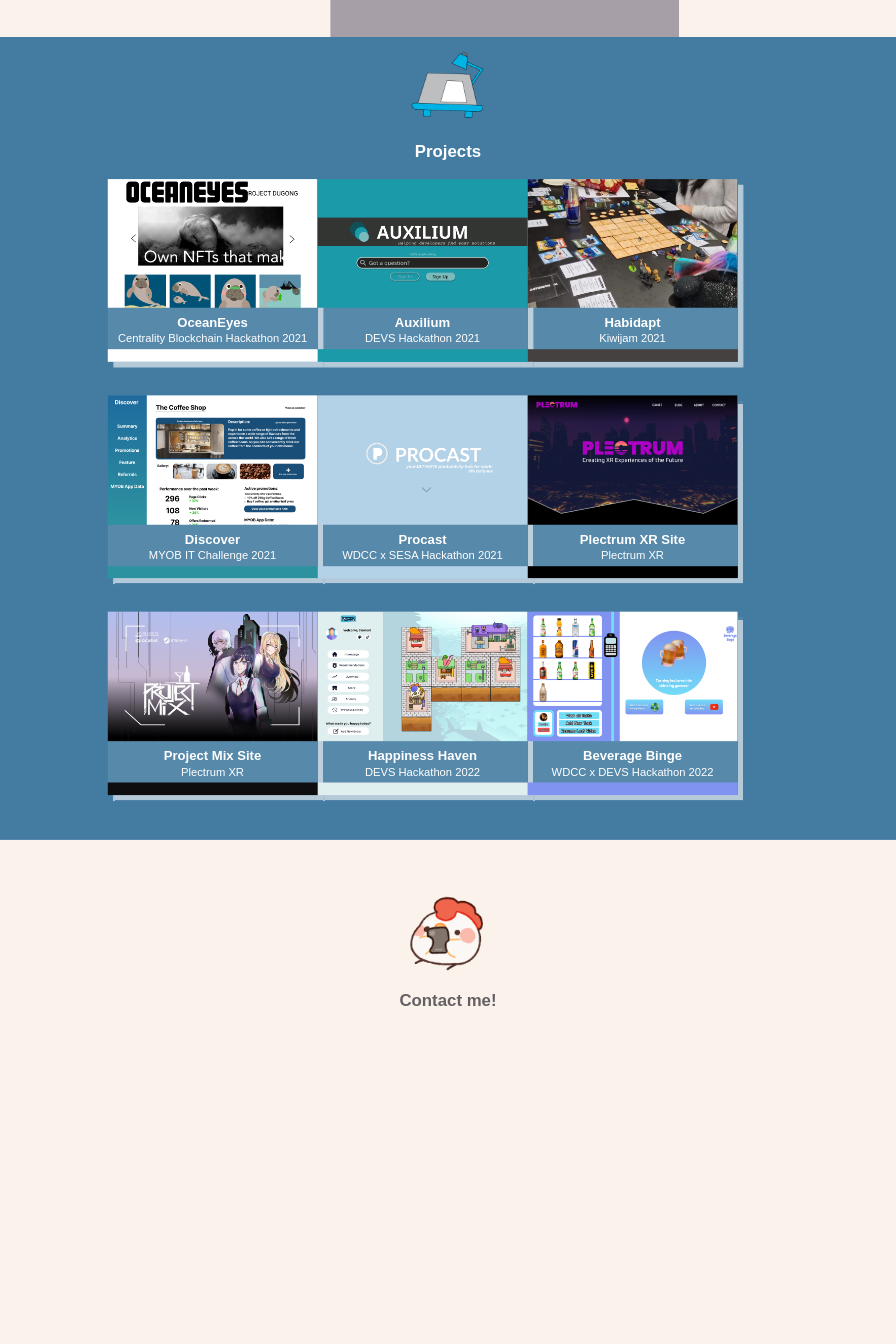
Repository: lukisoo/lukisoo-portfolio
Page: /
The author's editor kept a copy of each file at every save. The page is drawn from the files as they stood at one save, then again after the next save.
The browser window is 1280 px wide. The pictures show the part of the page from y = 1387 to 3307 px (the page is 3307 px tall), at 70% of full size.
The project was rebuilt for these pictures with package versions that can differ from the ones it lists, and the page was loaded fresh each time.

Above is the page before, as saved 2022-07-31 20:47:33.

### public/index.html
<!DOCTYPE html>
<html lang="en">
  <head>
    <meta charset="utf-8" />
    <link rel="icon" href="%PUBLIC_URL%/favicon.ico" />
    <meta name="viewport" content="width=device-width, initial-scale=1" />
    <meta name="theme-color" content="#000000" />
    <meta
      name="description"
      content="Web site created using create-react-app"
    />
    <link rel="apple-touch-icon" href="%PUBLIC_URL%/logo192.png" />
    <!--
      manifest.json provides metadata used when your web app is installed on a
      user's mobile device or desktop. See https://developers.google.com/web/fundamentals/web-app-manifest/
    -->
    <link rel="manifest" href="%PUBLIC_URL%/manifest.json" />
    <!--
      Notice the use of %PUBLIC_URL% in the tags above.
      It will be replaced with the URL of the `public` folder during the build.
      Only files inside the `public` folder can be referenced from the HTML.

      Unlike "/favicon.ico" or "favicon.ico", "%PUBLIC_URL%/favicon.ico" will
      work correctly both with client-side routing and a non-root public URL.
      Learn how to configure a non-root public URL by running `npm run build`.
    -->
    <title>Lucy Zhu's Portfolio</title>
  </head>
  <body>
    <noscript>You need to enable JavaScript to run this app.</noscript>
    <div id="root"></div>
    <!--
      This HTML file is a template.
      If you open it directly in the browser, you will see an empty page.

      You can add webfonts, meta tags, or analytics to this file.
      The build step will place the bundled scripts into the <body> tag.

      To begin the development, run `npm start` or `yarn start`.
      To create a production bundle, use `npm run build` or `yarn build`.
    -->
  </body>
</html>

### src/index.js
import React from "react";
import {
  BrowserRouter as Router,
  Route,
  BrowserRouter,
} from "react-router-dom";
import ReactDOM from "react-dom/client";
import "./index.css";
import App from "./App";
import reportWebVitals from "./reportWebVitals";

const root = ReactDOM.createRoot(document.getElementById("root"));
root.render(
  <React.StrictMode>
    <BrowserRouter>
        <App />
    </BrowserRouter>
  </React.StrictMode>
);

// If you want to start measuring performance in your app, pass a function
// to log results (for example: reportWebVitals(console.log))
// or send to an analytics endpoint. Learn more: https://bit.ly/CRA-vitals
reportWebVitals();

### src/index.css
@import url('https://fonts.googleapis.com/css2?family=Source+Sans+Pro:ital,wght@0,200;0,300;0,400;0,600;0,700;0,900;1,200;1,300;1,400;1,600;1,700;1,900&display=swap');

body {
  margin: 0;
  /* font-family: -apple-system, BlinkMacSystemFont, 'Segoe UI', 'Roboto', 'Oxygen',
    'Ubuntu', 'Cantarell', 'Fira Sans', 'Droid Sans', 'Helvetica Neue',
    sans-serif; */
    font-family: arial;
  -webkit-font-smoothing: antialiased;
  -moz-osx-font-smoothing: grayscale;
  background-color: #447BA1;
  color: white;
  /* font-family: 'Source Sans Pro', sans-serif; */
  overflow-x: hidden;
  scroll-behavior: smooth;
}

code {
  font-family: source-code-pro, Menlo, Monaco, Consolas, 'Courier New',
    monospace;
}

a {
  text-decoration: none;
}

### src/App.css
.App {
  text-align: center;
  margin: 0;
}

/* Section Content */
.full-section {
  height: 100vh;
  width: 100vw;
}

.full-section-projects {
  width: 100vw;
  height: auto;
}

/* Buttons */
.box-1 {
  /* background-color: hsl(0, 100%, 70%);  */
  width: 250px;
  margin: auto;
}

.btn {
  line-height: 50px;
  height: 50px;
  text-align: center;
  width: 250px;
  cursor: pointer;
}

.btn-one {
  color: #fff;
  transition: all 0.3s;
  position: relative;
}
.btn-one span {
  transition: all 0.3s;
}
.btn-one::before {
  content: "";
  position: absolute;
  bottom: 0;
  left: 0;
  width: 100%;
  height: 100%;
  z-index: 1;
  opacity: 0;
  transition: all 0.3s;
  border-top-width: 1px;
  border-bottom-width: 1px;
  border-top-style: solid;
  border-bottom-style: solid;
  border-top-color: rgba(255, 255, 255, 0.5);
  border-bottom-color: rgba(255, 255, 255, 0.5);
  transform: scale(0.1, 1);
}
.btn-one:hover span {
  letter-spacing: 2px;
}
.btn-one:hover::before {
  opacity: 1;
  transform: scale(1, 1);
}
.btn-one::after {
  content: "";
  position: absolute;
  bottom: 0;
  left: 0;
  width: 100%;
  height: 100%;
  z-index: 1;
  transition: all 0.3s;
  background-color: rgba(255, 255, 255, 0.1);
}
.btn-one:hover::after {
  opacity: 0;
  transform: scale(0.1, 1);
}

/* Header CSS */
.header-content {
  width: 60vw;
  height: 70vh;
  margin: 0 auto 0 auto;
  margin-top: 2vh;
  /* background-color: red; */
}

.header-divider {
  color: white;
  border-width: 2px;
}

.header-image {
  background: linear-gradient(180deg, #fbf2eb 50%, #ffffff00 50%);
  border-top: 13vh solid #fbf2eb;
  width: 100vw;
  height: auto;
}

.profile-photo {
  width: 10vw;
  height: auto;
}

.social-logo {
  width: 40px;
  height: auto;
  padding: 0 1% 0 1%;
}

.social-logo:hover {
  opacity: 0.8;
  cursor: pointer;
}

/* About Me CSS */
#about-me-section {
  background-color: #fbf2eb;
}

.about-me-content {
  height: 100vh;
  width: 100vw;
}

.about-me-logo-section {
  /* height: 100px; */
}

.about-me-logo {
  width: 50px;
  margin: 5% 3% 0 3%;
  padding: 1%;
}

.about-me-logo:hover {
  border-radius: 15px;
  /* border: 1px solid #A79FA7; */
  opacity: 0.8;
  cursor: pointer;
}

.about-me-left {
}

.details-content {
  padding: 8% 8% 8% 8%;
  color: #646064;
}

.about-me-right {
  background-color: #a79fa7;
  height: 100vh;
}

.skills-content {
  padding: 5% 0 5% 0;
}

.laptop-gif {
  width: 8vw;
}

.tools-gif {
  width: 6vw;
}

/* Projects CSS */
.projects-gif {
  margin-top: 10px;
  width: 9vw;
}

.all-projects {
  margin: 2% 12% 5% 12%;
}

.project-box {
  width: 300px;
  margin: 0 auto;
  background-color: rgba(255, 255, 255, 0.1);
  box-shadow: 8px 8px 1px rgba(255, 255, 255, 0.6);
}

.project-box:hover {
  /* opacity: 0.8; */
  background-color: rgba(255, 255, 255, 0.35);
  cursor: pointer;
  -webkit-transition: background-color 0.3s ease-out;
  -moz-transition: background-color 0.3s ease-out;
  -o-transition: background-color 0.3ss ease-out;
  transition: background-color 0.3s ease-out;
}

.project-text {
  margin-top: 2%;
  margin-bottom: 2%;
}

.project-box h3 {
  margin-top: 0;
  margin-bottom: 0;
}

.project-box p {
  margin-top: 1%;
  margin-bottom: 0;
}

.project-bottom-bar {
  height: 17.5px;
  width: 100%;
}

.project-header-image {
  width: 100%;
  /* -webkit-user-select: none;
  -khtml-user-select: none;
  -moz-user-select: none;
  -o-user-select: none;
  user-select: none;
  user-drag: none; */
}

/* Contact CSS */

#contact-section {
  background-color: #fbf2eb;
}

.contact-content {
  color: #646064;
  padding: 5%;
}

.contact-gif {
  width: 10vw;
}

### src/components/project-pop-up.js
import { useEffect, useState } from "react";
import popupStyles from "./css/project-pop-up.module.css";
import PropTypes from "prop-types";
const CustomPopup = (props) => {
  const [show, setShow] = useState(false);

  const closeHandler = (e) => {
    setShow(false);
    props.onClose(false);
  };

  useEffect(() => {
    setShow(props.show);
  }, [props.show]);

  return (
    <div
      style={{
        visibility: show ? "visible" : "hidden",
        opacity: show ? "1" : "0"
      }}
      className={popupStyles.overlay}
    >
      <div className={popupStyles.popup}>
        <h2>{props.title}</h2>
        <span className={popupStyles.close} onClick={closeHandler}>
          &times;
        </span>
        <div className={popupStyles.content}>{props.children}</div>
      </div>
    </div>
  );
};

CustomPopup.propTypes = {
  title: PropTypes.string.isRequired,
  show: PropTypes.bool.isRequired,
  onClose: PropTypes.func.isRequired
};
export default CustomPopup;

### src/components/achievements-pop-up.js
import { useEffect, useState } from "react";
import popupStyles from "./css/achievements-pop-up.module.css";
import PropTypes from "prop-types";
const CustomPopup = (props) => {
  const [show, setShow] = useState(false);

  const closeHandler = (e) => {
    setShow(false);
    props.onClose(false);
  };

  useEffect(() => {
    setShow(props.show);
  }, [props.show]);

  return (
    <div
      style={{
        visibility: show ? "visible" : "hidden",
        opacity: show ? "1" : "0"
      }}
      className={popupStyles.overlay}
    >
      <div className={popupStyles.popup}>
        <h2>{props.title}</h2>
        <span className={popupStyles.close} onClick={closeHandler}>
          &times;
        </span>
        <div className={popupStyles.content}>{props.children}</div>
      </div>
    </div>
  );
};

CustomPopup.propTypes = {
  title: PropTypes.string.isRequired,
  show: PropTypes.bool.isRequired,
  onClose: PropTypes.func.isRequired
};
export default CustomPopup;

### src/data/projectsData.js
import OceanEyes from "../images/projects-section/header-images/oceaneyes.png";
import Auxilium from "../images/projects-section/header-images/auxilium.png";
import Habidapt from "../images/projects-section/header-images/habidapt.png";
import Discover from "../images/projects-section/header-images/discover.png";
import Procast from "../images/projects-section/header-images/procast.png";
import PlectrumSite from "../images/projects-section/header-images/plectrum-site.png";
import ProjectMixSite from "../images/projects-section/header-images/project-mix-site.png";
import HappinessHaven from "../images/projects-section/header-images/happiness-haven.png";
import BeverageBinge from "../images/projects-section/header-images/beverage-binge.png";

const projectsData = [
  {
    id: 0,
    title: "OceanEyes",
    header: OceanEyes,
    affiliation: "Centrality Blockchain Hackathon 2021",
    description:
      "OceanEyes is a project created for the 2021 CENNZ Blockchain Hackathon. An ocean health and biodiversity project which aims to ensure the transparency and credibility of fisheries and conservations by using NFT and blockchain during issuance of certifications and charity efforts.",
    color: "#FFFFFF",
  },
  {
    id: 1,
    title: "Auxilium",
    header: Auxilium,
    affiliation: "DEVS Hackathon 2021",
    description:
      "Auxilium is a project created for the 2021 DEVS Hackathon (themed 'Devs for Devs') that secured our group 3rd place. The lack of a beginner-friendly community is a real issue, so we created one ourselves. This web app includes a Q&A, groups, achievements, and challenges, alongside many other features that allow beginner developers to help each other, connect with one another, and encourage them to gain more skills and opportunities.",
    color: "#1B9AAA",
  },
  {
    id: 2,
    title: "Habidapt",
    header: Habidapt,
    affiliation: "Kiwijam 2021",
    description:
      "Created a board game, 'Habidapt', for the 2021 KiwiJam, which was themed 'adapt'. Habidapt involved strategically transformaing into different animals to enter different terrains to gain the most tokens possible. We illustrated our designs, laser cut the board and tokens, 3d printed our animal game pieces, and spent a very long time figuring out game logic.",
    color: "#454140",
  },
  {
    id: 3,
    title: "Discover",
    header: Discover,
    affiliation: "MYOB IT Challenge 2021",
    description:
      "'Discover' is a web app created for the 2021 MYOB IT Challenge, which had a theme that invovled helping small NZ and Australian Businesses. It is very difficult and costly for small businesses to get the exposure they deserve, so our platform aims to increase their exposure to a wider audience. Businesses can register themselves onto the platform and showcase their products or services, view analytics, and provide discounts. Customers will be able to view this and refer their friends.",
    color: "#2D929F",
  },
  {
    id: 4,
    title: "Procast",
    header: Procast,
    affiliation: "WDCC x SESA Hackathon 2021",
    description:
      "An interesting web app which promotes a healthy 'work life balance' for the 2021 WDCC x SESA Hackathon themed 'pro-procrastination'. Basically a productivity tool that distracts you while you do work, and justifies that it's trying to help you keep that work life balance by taking breaks, showing you videos and events near you, and encouraging you to have fun with friends and family instead.",
    color: "#B4D2E7",
  },
  {
    id: 5,
    title: "Plectrum XR Site",
    header: PlectrumSite,
    affiliation: "Plectrum XR",
    description: "...",
    color: "#000000",
  },
  {
    id: 6,
    title: "Project Mix Site",
    header: ProjectMixSite,
    affiliation: "Plectrum XR",
    description: "...",
    color: "#0E0D0F",
  },
  {
    id: 7,
    title: "Happiness Haven",
    header: HappinessHaven,
    affiliation: "DEVS Hackathon 2022",
    description: "...",
    color: "#DFEEEE",
  },
  {
    id: 8,
    title: "Beverage Binge",
    header: BeverageBinge,
    affiliation: "WDCC x DEVS Hackathon 2022",
    description: "...",
    color: "#8093F1",
  },
];

export default projectsData;

### src/data/achievementsData.js
const achievementsData = [
    {
        id: 0,
        title: "placeholder1",
    },
    {
        id: 1,
        title: "placeholder2",
    },
];

export default achievementsData;

### src/components/css/project-pop-up.module.css
.overlay {
    visibility: hidden;
    opacity: 0;
    position: fixed;
    top: 0;
    bottom: 0;
    left: 0;
    right: 0;
    background: rgba(0, 0, 0, 0.7);
    transition: opacity 500ms;
}

.popup {
    margin: 70px auto;
    padding: 20px;
    background: #fff;
    border-radius: 5px;
    width: 30%;
    position: relative;
    transition: all 5s ease-in-out;
    z-index: 500;
}

.popup h2 {
    margin-top: 0;
    color: #333;
    font-family: Tahoma, Arial, sans-serif;
}

.popup .close {
    position: absolute;
    top: 20px;
    right: 30px;
    transition: all 200ms;
    font-size: 30px;
    font-weight: bold;
    text-decoration: none;
    color: #333;
}

.popup .close:hover {
    cursor: pointer;
    color: #000;
}

.popup .content {
    max-height: 30%;
    overflow: auto;
}

@media screen and (max-width: 700px) {
    .popup {
        width: 70%;
    }
}

### src/components/css/achievements-pop-up.module.css
.overlay {
    visibility: hidden;
    opacity: 0;
    position: fixed;
    top: 0;
    bottom: 0;
    left: 0;
    right: 0;
    background: rgba(0, 0, 0, 0.7);
    transition: opacity 500ms;
}

.popup {
    margin: 70px auto;
    padding: 20px;
    background: #fff;
    border-radius: 5px;
    width: 30%;
    position: relative;
    transition: all 5s ease-in-out;
    z-index: 500;
}

.popup h2 {
    margin-top: 0;
    color: #333;
    font-family: Tahoma, Arial, sans-serif;
}

.popup .close {
    position: absolute;
    top: 20px;
    right: 30px;
    transition: all 200ms;
    font-size: 30px;
    font-weight: bold;
    text-decoration: none;
    color: #333;
}

.popup .close:hover {
    cursor: pointer;
    color: #000;
}

.popup .content {
    max-height: 30%;
    overflow: auto;
}

@media screen and (max-width: 700px) {
    .popup {
        width: 70%;
    }
}

Loaded but not shown: src/reportWebVitals.js (common file); src/App.js (313 lines, source omitted)

After the next save:
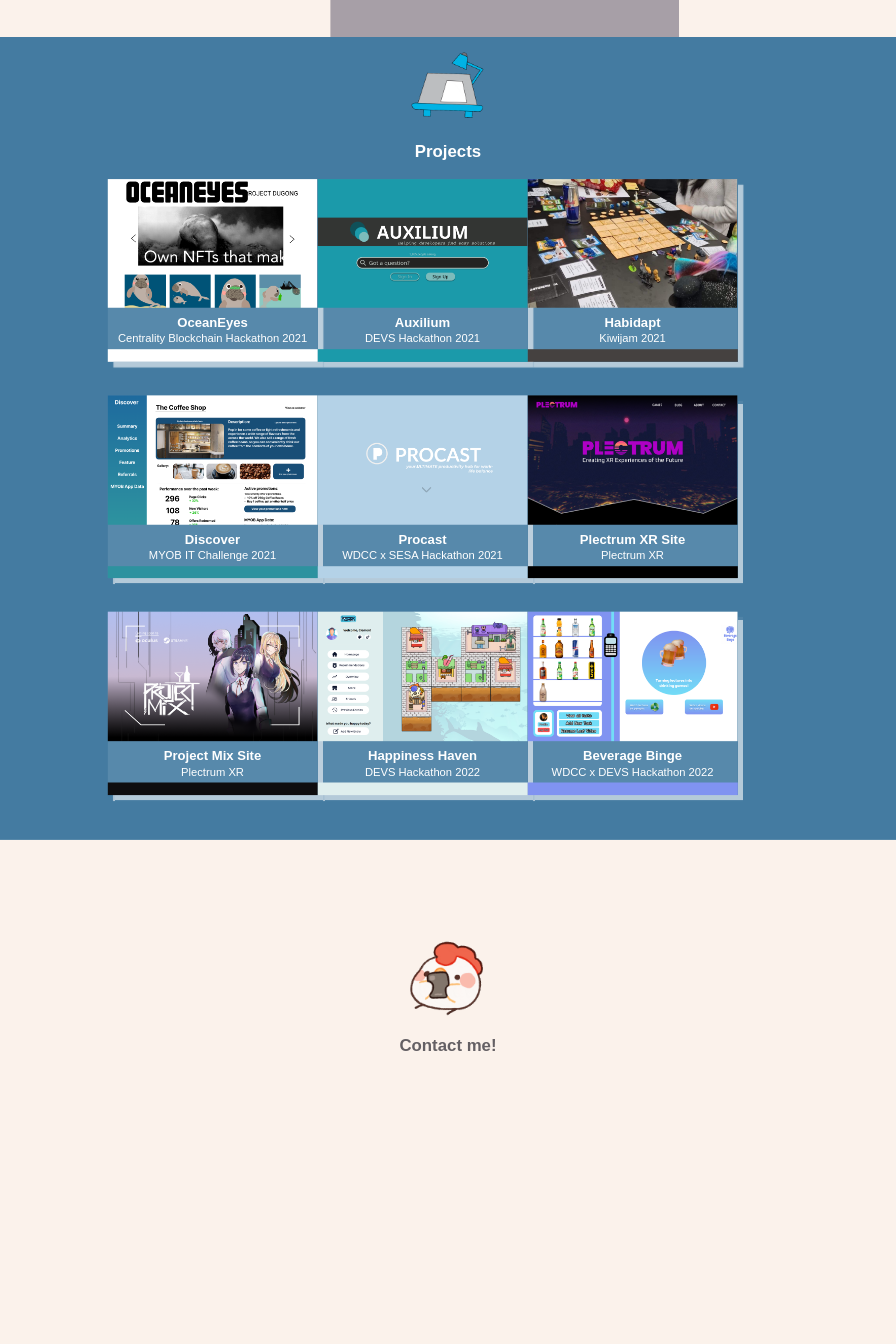
Saved 19 s later.
--- a/src/App.css
+++ b/src/App.css
@@ -232,7 +232,7 @@
 
 .contact-content {
   color: #646064;
-  padding: 5%;
+  padding: 10% 5% 5% 5%;
 }
 
 .contact-gif {
